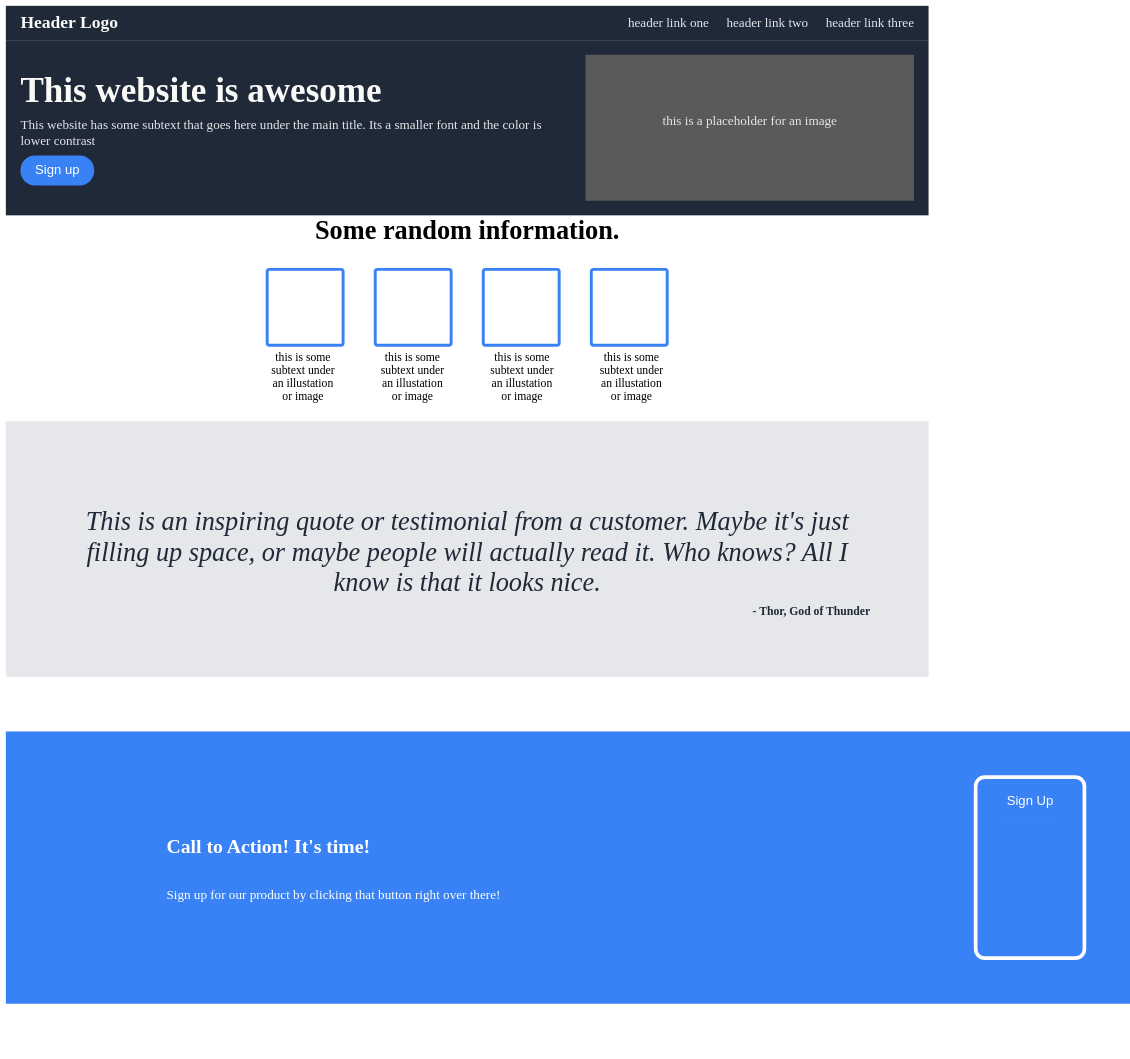
Repository: mnhardy1504/odin-recipes1
Page: flexboxlanding/index.html
These files come from the project's save history. The page is drawn as it stood at one moment and after the next save; the edit follows.
The browser window is 1280 px wide. The page is 1548 px wide, so the pictures cover 1548 px, including what lies to the right of the window. The pictures show the whole page, at 73% of full size.

Above is the page before, as saved 2023-09-15 14:43:46.

### flexboxlanding/index.html
<!DOCTYPE html>
<html>

<head>
    <meta charset="UTF-8">
    <link rel="stylesheet" href="index.css">
</head>

<body>
    <div class="header">
        <div class="header-logo"><strong>Header Logo</strong></div>
        <div class="header-links">
            <a href="#">header link one</a>
            <a href="#">header link two</a>
            <a href="#">header link three</a>
        </div>
    </div>

    <div class="flexbox-section">
        <div class="flexbox-content">
            <h1>This website is awesome</h1>
            <p class="subtext">This website has some subtext that goes here under the main title. Its a smaller font and
                the color is lower contrast</p>
            <button>Sign up</button>
        </div>
        <div class="image-container">
            <div class="image-placeholder">
                <div class="image-text">this is a placeholder for an image</div>
            </div>
        </div>
    </div>

    <div class="random"><strong>Some random information.</strong></div>

    <div class="square-container">
        <div class="square">
            <div class="square-text">
            </div>
        </div>
        <div class="square">
            <div class="square-text">
            </div>
        </div>
        <div class="square">
            <div class="square-text">
            </div>
        </div>
        <div class="square">
            </div>
        </div>
        <div class="text-container">
            <div class="text-box">this is some subtext under an illustation or image</div>
            <div class="text-box">this is some subtext under an illustation or image</div>
            <div class="text-box">this is some subtext under an illustation or image</div>
            <div class="text-box">this is some subtext under an illustation or image</div>
        </div>
    </div>
    <div class="quote-section">
        <p class="quote-text">
            This is an inspiring quote or testimonial from a customer. Maybe it's just filling up space, or maybe people
            will actually read it. Who knows? All I know is that it looks nice.
        </p>
        <div class="quote-author">
            <strong>- Thor, God of Thunder</strong>
        </div>
    </div>

    <div class="call-to-action-box">
        <div class="call-to-action-content">
            <h2>Call to Action! It's time!</h2>
            <p>Sign up for our product by clicking that button right over there!</p>
        </div>
        <div class="call-to-action-button">
            <button>Sign Up</button>
        </div>
    </div>
</body>

</html>

### flexboxlanding/index.css
.header {
    background-color: #1F2937; /* Header background color */
    color: white; /* Text color inside the header */
    display: flex;
    justify-content: space-between; /* Space between logo and links */
    align-items: center;
    padding: 10px 20px; /* Add padding to the header */
}

.header-logo {
    font-size: 24px;
     color: #f9faf8;
     margin-right: 20px;
}

.header-links a {
    text-decoration: none; /* Remove underlines from links */
    font-size: 18px;
    color: #e5e7eb;
    margin-left: 20px; /* Add spacing between links */
}

.header-links a:hover {
    text-decoration: underline;
}

.flexbox-section {
    background-color: #1F2937; /* Background color for the flexbox section */
    color: #f9faf8; /* Text color inside the flexbox section */
    display: flex;
    justify-content: space-between; /* Space between content and image */
    align-items: center;
    padding: 20px; /* Add padding to the flexbox section */
}

.flexbox-content {
    max-width: 60%; /* Adjust the maximum width of the content */
}

h1 {
    font-size: 48px;
    font-weight: bold; /* Extra-bold */
    margin: 0; /* Remove default margin */
}

.subtext {
    font-size: 18px;
    color: #e5e7eb; /* Subtext color */
    margin: 10px 0; /* Add spacing around subtext */
}

.image-container {
    display: flex;
    align-items: center; /* Vertically align content if needed */
}

.image-placeholder {
    width: 450px;
    height: 200px;
    background-color: #5A5A5A;
}

.image-text {
    font-size: 18px;
    color: #e5e7eb;
    text-align: center;
    padding: 80px;
}

.square-container {
    display: flex;
    justify-content:center;
    align-items: center;
    flex-wrap: wrap;
    background-color: white;
    padding: 10px;
}

.square {
    width: 100px;
    height: 100px;
    background-color: white;
    border: 4px solid #3882F6;
    text-align: center;
    display: flex;
    flex-direction: column;
    justify-content: space-between;
    align-items: center;
    color: white;
    margin: 20px;
    border-radius: 5px;
}

.text-container {
    display: flex;
    justify-content: center;
    align-items: center;
    flex-wrap: wrap;
    margin-top: -50px;
}

.text-box {
    width: 100px;
    text-align: center;
    margin: 25px;
}

.random {
    text-align: center;
    justify-content: center;
    font-size: 36px
}

.quote-section {
    background-color: #e5e7eb;
    padding: 80px;
    text-align: center;
}

.quote-text {
    font-size: 36px;
    font-style: italic;
    color: #1F2937;
    margin-bottom: 10px;
}

.quote-author {
    font-style: light italic;
    color: #1F2937;
    text-align: right;
    font-weight: 800;
}

.call-to-action-box {
    display: flex; /* Use flexbox for layout */
    background-color: #3882F6; /* White background for the container */
    padding: 20px;
    width: 1500px;
    margin: 75px auto;
}

.call-to-action-content {
    flex-grow: 1; /* Make this div expand to fill the available space */
    display: flex; /* Use flexbox within the container */
    flex-direction: column; /* Stack items vertically */
    align-items: left; /* Center items horizontally */
    justify-content: center; /* Center items vertically */
    padding: 100px;
    margin-left: 100px ;
    max-width: 1200px;
    font-size: 18px;
    color: white;
}

.call-to-action-button {
    background-color: #3882F6; /* Blue background for the button */
    color: white;
    padding: 10px 20px; /* Adjust padding if needed */
    border: 5px solid white; /* Set border style and color */
    border-radius: 15px;
    font-size: 18px;
    cursor: pointer;
    height: 100; /* Adjust the height to your preference */
    margin: 40px;
}


/* Add hover effect to the button */
.call-to-action-content button:hover {
    background-color: #1F5CFF; /* Darker blue on hover */
}

button {
    background-color: #3882F6;
    color: white;
    padding: 10px 20px;
    border: white;
    border-radius: 20px;
    font-size: 18px;
    cursor: pointer;
    align-items: right;
    text-align: right;
}

button:hover {
    background-color: #3882F6
}

After the next save:
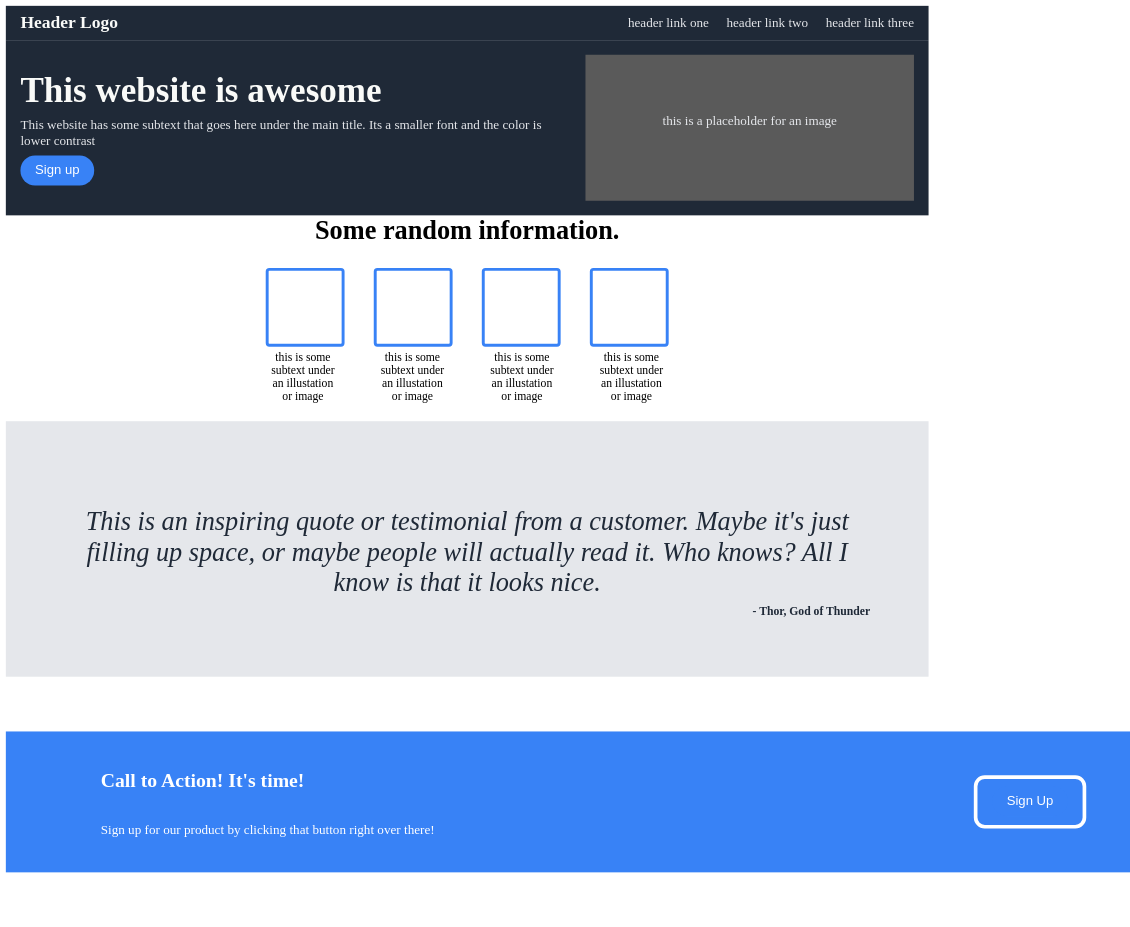
Saved 15 s later.
--- a/flexboxlanding/index.css
+++ b/flexboxlanding/index.css
@@ -145,7 +145,7 @@ h1 {
     flex-direction: column; /* Stack items vertically */
     align-items: left; /* Center items horizontally */
     justify-content: center; /* Center items vertically */
-    padding: 100px;
+    padding: 10px;
     margin-left: 100px ;
     max-width: 1200px;
     font-size: 18px;
